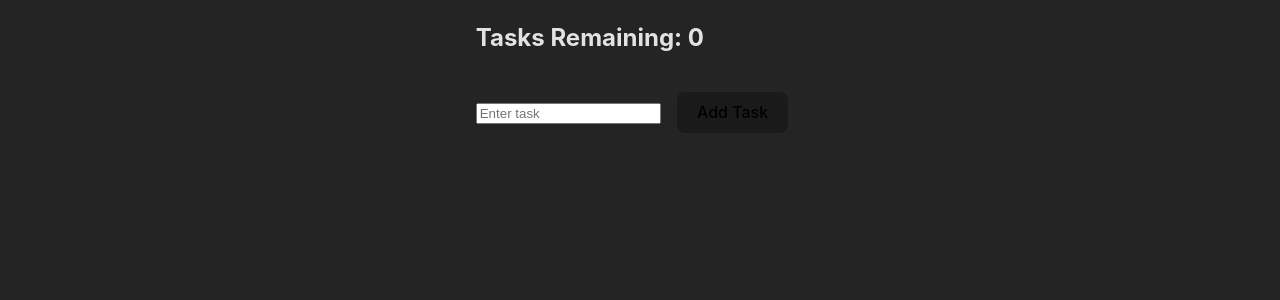
Repository: MelissaJacobi/frontend-assignment-4
Page: /
An editor plug-in stored every save of this project. The page is shown before and after the next save, followed by the edit.
The browser window is 1280 px wide. The pictures show the whole page.
The project was rebuilt for these pictures with package versions that can differ from the ones it lists, and the page was loaded fresh each time. Also part of the build but not shown: vite.config.js.

Above is the page before, as saved 2024-10-12 21:42:29.

### src/App.jsx
import React, { useState } from 'react';
import './App.css';

function TaskList() {
    const [tasks, setTasks] = useState([]);
    const [taskInput, setTaskInput] = useState('');

    const addTask = () => {
        if (!taskInput.trim()) {
            alert("Please enter a task!");
            return;
        }

        const newTask = { task: taskInput.trim(), completed: false };
        setTasks(prevTasks => [...prevTasks, newTask]);
        setTaskInput('');
    };

    const deleteTask = (index) => {
        setTasks(prevTasks => prevTasks.filter((_, i) => i !== index));
    };

    const toggleCompletion = (index) => {
        setTasks(prevTasks => prevTasks.map((task, i) =>
            i === index ? { ...task, completed: !task.completed } : task
        ));
    };

    const remainingTasks = tasks.filter(task => !task.completed).length;

    return (
        <div className="task-list-container">
            <h2>Tasks Remaining: {remainingTasks}</h2>
            <input
                type="text"
                placeholder="Enter task"
                value={taskInput}
                onChange={(e) => setTaskInput(e.target.value)}
            />
            <button onClick={addTask}>Add Task</button>

            <div id="taskList">
                {tasks.map((task, index) => (
                    <div key={index} className={`task ${task.completed ? 'completed' : ''}`}>
                        <input
                            type="checkbox"
                            checked={task.completed}
                            onChange={() => toggleCompletion(index)}
                        />
                        <span className="task-text">{task.task}</span>
                        <button onClick={() => deleteTask(index)} className="deleteButton">Delete</button>
                    </div>
                ))}
            </div>
        </div>
    );
}

export default TaskList;

### src/index.css
:root {
  font-family: Inter, system-ui, Avenir, Helvetica, Arial, sans-serif;
  line-height: 1.5;
  font-weight: 400;

  color-scheme: light dark;
  color: rgba(255, 255, 255, 0.87);
  background-color: #242424;
}

body {
  margin: 0;
  display: flex;
  width: 100%;
  justify-content: center;
}

h1 {
  font-size: 3.2em;
  line-height: 1.1;
}

button {
  border-radius: 8px;
  border: 1px solid transparent;
  padding: 0.6em 1.2em;
  font-size: 1em;
  font-weight: 500;
  font-family: inherit;
  background-color: #1a1a1a;
  cursor: pointer;
  transition: border-color 0.25s;
  margin: 1rem;
}
button:hover {
  border-color: #646cff;
}
button:focus,
button:focus-visible {
  outline: 4px auto -webkit-focus-ring-color;
}

### src/App.css
.task {
  display: flex;
  align-items: center;
  padding: 10px;
  border-bottom: 1px solid #ccc;
}

.task-text {
  margin-left: 10px;
  flex-grow: 1;
}

.completed .task-text {
  text-decoration: line-through;
  color: gray;
}

.deleteButton {
  background-color: red;
  color: white;
  border: none;
  padding: 5px 10px;
  cursor: pointer;
}

.task-list-container {
  margin: auto;
  width: 100%;
}

Loaded but not shown: index.html (common file); src/main.jsx (common file)

After the next save:
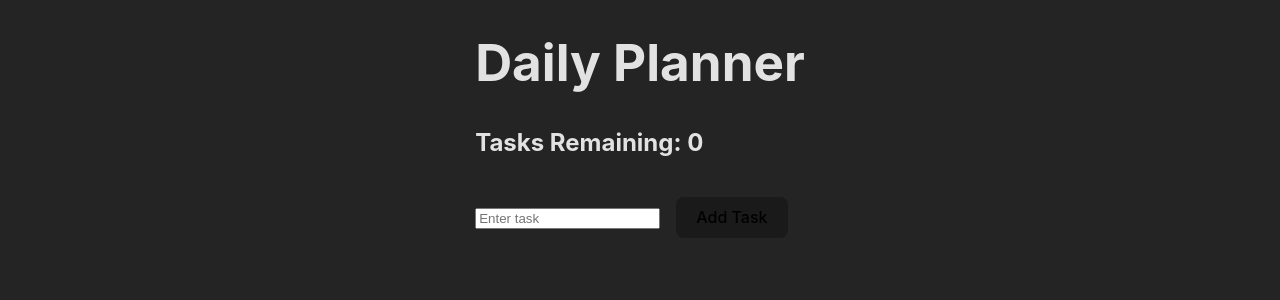
Saved 3 min 41 s later.
--- a/src/App.jsx
+++ b/src/App.jsx
@@ -30,6 +30,7 @@ function TaskList() {
 
     return (
         <div className="task-list-container">
+          <h1>Daily Planner</h1>
             <h2>Tasks Remaining: {remainingTasks}</h2>
             <input
                 type="text"
